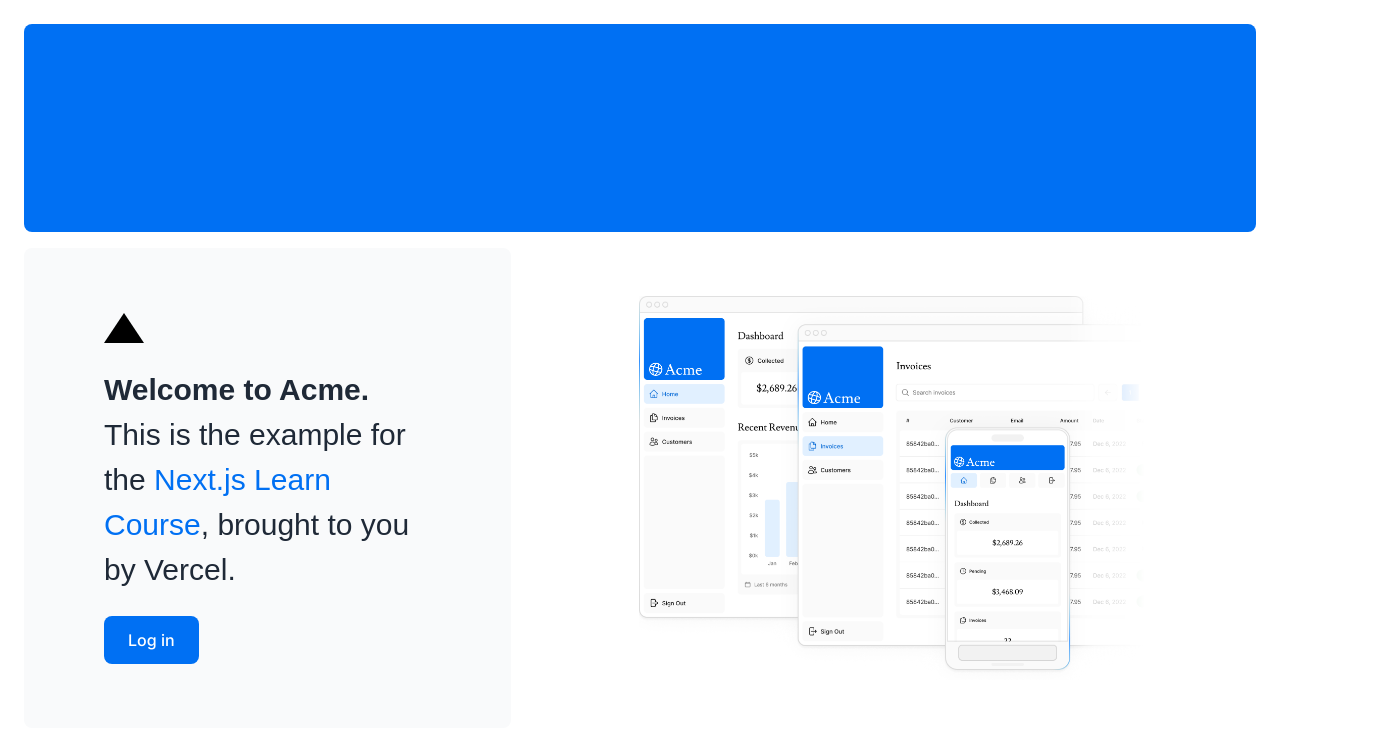
Repository: julietsawyerr/nextjs-dashboard
Page: /
The author's editor kept a copy of each file at every save. The page is drawn from the files as they stood at one save, then again after a run of saves.
The browser window is 1280 px wide. The page is 1280 px wide, then 1397 px, so the pictures cover 1397 px, including what lies to the right of the window. The pictures show the whole page.
Some web fonts or font styles are not loaded; a fallback is used. The project was rebuilt for these pictures with package versions that can differ from the ones it lists, and the page was loaded fresh each time. The framework's server and built-in components were replaced by stand-ins that run in the browser. Also part of the build but not shown: next.config.js.

Above is the page before, as saved 2023-11-06 14:03:04.

After the next 2 saves:
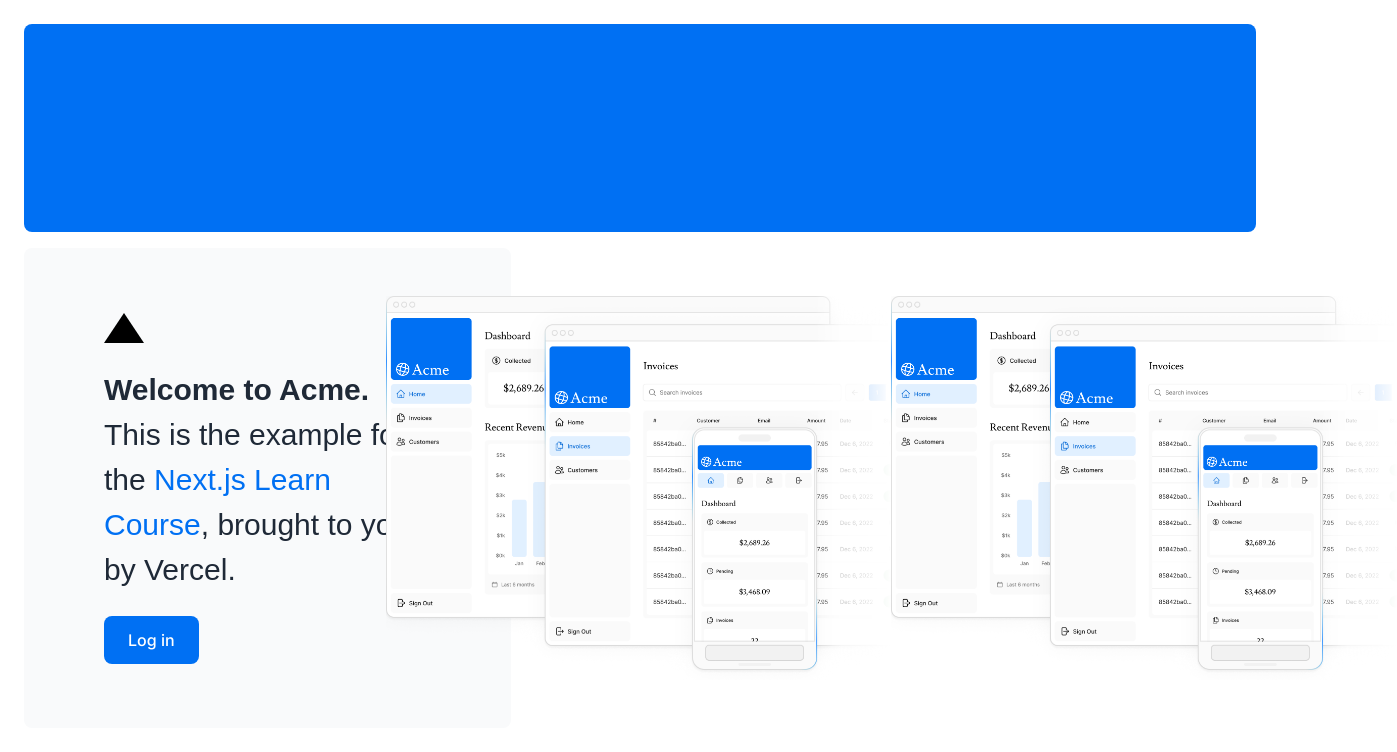
The 2 saves are shown as one change because they came seconds apart.
The last was saved 97 s later.
--- a/app/page.tsx
+++ b/app/page.tsx
@@ -37,6 +37,14 @@
             alt="Hero image on desktop"
             className='hidden md:block'
           />
+
+<Image
+            src='/hero-desktop.png'
+            width={1000}
+            height={760}
+            alt="Hero image on desktop"
+            className='hidden md:block'
+          />
         </div>
       </div>
     </main>
